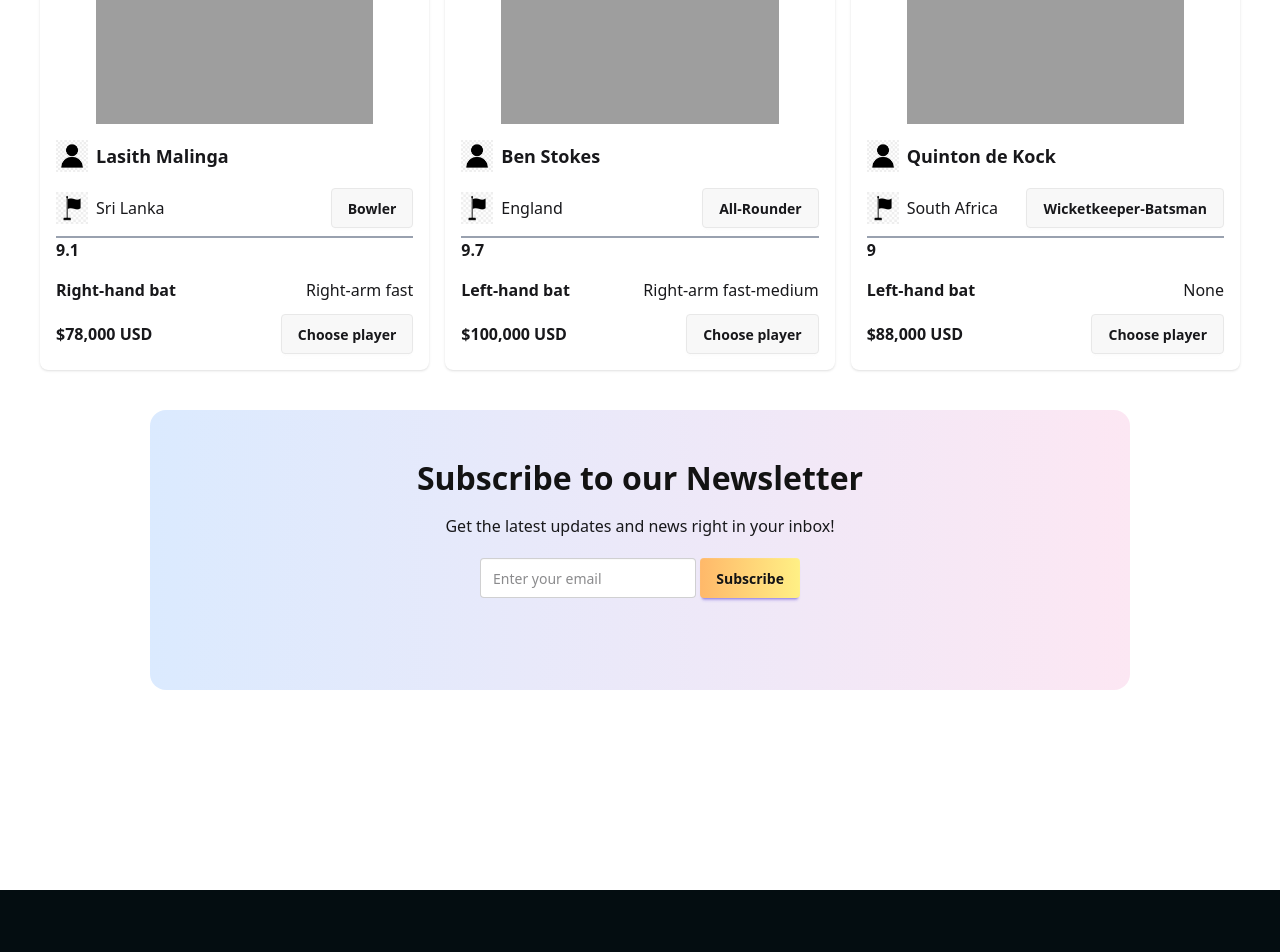
Repository: SanjidaSnigdha/Select-your-eleven
Page: /
An editor plug-in stored every save of this project. The page is shown before and after the next save, followed by the edit.
The browser window is 1280 px wide. The pictures show the part of the page from y = 2707 to 3659 px (the page is 4127 px tall before and 3967 px after).
Pictures or frames that could not be fetched are drawn as grey boxes. The project was rebuilt for these pictures with package versions that can differ from the ones it lists, and the page was loaded fresh each time. Also part of the build but not shown: vite.config.js, src/App.css, src/components/SelectedCard/SelectedCard.jsx, src/components/SelectedPlayers/SelectedPlayers.jsx.

Above is the page before, as saved 2026-03-23 03:02:37.

### index.html
<!doctype html>
<html lang="en" style="color-scheme: light;">
  <head>
    <meta charset="UTF-8" />
    <link rel="icon" type="image/svg+xml" href="/favicon.svg" />
    <meta name="viewport" content="width=device-width, initial-scale=1.0" />
    <title>select-your-eleven</title>
  </head>
  <body>
    <div id="root"></div>
    <script type="module" src="/src/main.jsx"></script>
  </body>
</html>

### src/index.css
 @import "tailwindcss";
 @plugin "daisyui" {
  themes: light --default, dark --prefersdark;
  themes: light --default;
 }

### src/App.jsx

import './App.css'
import { ToastContainer } from 'react-toastify';

import AvailablePlayers from './components/AvailablePlayers/AvailablePlayers'
import SelectedPlayers from './components/SelectedPlayers/SelectedPlayers'
import Navbar from './components/Navbar/Navbar'
import { Suspense, useState } from 'react'
import Banner from './components/Banner/Banner';
import Footer from './components/Footer/Footer';
import NewsLetter from './components/NewsLetter/NewsLetter';

const fetchPlayers = async () =>{
  const res = await fetch("/players.json")
  return res.json()
}
const playersPromise = fetchPlayers()


function App() {
  const [toggle,setToggle] = useState(true)
  const [availableBalance,setAvailableBalance] = useState(600000)
  const [purchasedPlayers,setPurchasedPlayers] = useState([])
  const removePlayer = (p) =>{
    const filteredData = purchasedPlayers.filter(ply=> ply.player_name!==p.player_name)
    console.log(filteredData)
    setPurchasedPlayers(filteredData)
    setAvailableBalance(availableBalance+parseInt(p.price.split("USD").join("").
                split(",").join("")))

  }

  return (
    <>
   <Navbar availableBalance={availableBalance}></Navbar>
   <Banner></Banner>
   <div className='max-w-[1200px] mx-auto flex justify-between items-center'>
    <h1 className='font-bold text-2xl'>{
    toggle===true?"Available players":`Selected players(${purchasedPlayers.length}/6)`}</h1>
    <div className='font-bold'>
      <button onClick={()=>setToggle(true)} className={`py-3 px-4 border-1 border-gray-400 rounded-l-2xl border-r-0 ${toggle===true?"bg-[#E7FE29]":""}`}>Available</button>
      <button onClick={()=>setToggle(false)} className={`py-3 px-4 border-1 border-gray-400 rounded-r-2xl border-l-0 ${toggle===false?"bg-[#E7FE29]":""}`}>Selected <span>({purchasedPlayers.length})</span></button>
    </div>

   </div>

     {
      toggle === true?<Suspense fallback={<span className="loading loading-spinner loading-xl"></span>
}>
    <AvailablePlayers purchasedPlayers={purchasedPlayers} setPurchasedPlayers={setPurchasedPlayers} availableBalance={availableBalance} setAvailableBalance={setAvailableBalance} playersPromise={playersPromise}></AvailablePlayers>
</Suspense>:<SelectedPlayers removePlayer={removePlayer} purchasedPlayers={purchasedPlayers} setToggle={setToggle}></SelectedPlayers>

     }



      <ToastContainer></ToastContainer>
      <div className='relative mt-40'>
        <div className='-mt-30'>
              <NewsLetter></NewsLetter>
              </div>

      </div>
      <Footer></Footer>

    </>
  )
}

export default App

### src/components/AvailablePlayers/AvailablePlayers.jsx
import React, { use } from 'react';

import PlayerCard from '../PlayerCard/PlayerCard';

const AvailablePlayers = ({playersPromise,setAvailableBalance,availableBalance,purchasedPlayers,setPurchasedPlayers}) => {
    const playerData = use(playersPromise)
    return (
        <div className='max-w-[1200px] mx-auto grid grid-cols-1 md:grid-cols-3 gap-4'>

            {
              playerData.map(player=><PlayerCard setPurchasedPlayers={setPurchasedPlayers} purchasedPlayers={purchasedPlayers} availableBalance={availableBalance} setAvailableBalance={setAvailableBalance} player={player}></PlayerCard>


              )
            }

        </div>
    );
};

export default AvailablePlayers;

### src/components/Navbar/Navbar.jsx
import React from 'react';
import navImg from "../../assets/logo.png"
import dollarImg from "../../assets/dollar-1.png"

const Navbar = ({availableBalance}) => {
    return (

         <div className="navbar max-w-[1200px] mx-auto">
          <div className="flex-1">
            <a className="text-xl">
              <img className="w-60px h-50px mt-4" src={navImg} alt="" />
           </a>
          </div>
          <div className='flex justify-between items-center text-gray-500 w-60 h-20 font-semibold mr-30 gap-4'>
            <a>Home</a>
            <a>Fixture</a>
            <a>Teams</a>
            <a>Schedules</a>
          </div>
          <div className="flex items-center gap-1 ml-4">
          <span className='mr-1'>{availableBalance}</span>
          <span className='mr-1'>Coin</span>
          <img className="w-5 h-5" src={dollarImg} alt="" />
         </div>
       </div>
    );

};

export default Navbar;

### src/components/Banner/Banner.jsx
import React from 'react';
import bannerImg from '../../assets/banner-main.png'

const Banner = () => {
    return (
        <div className='max-w-[1200px] mx-auto h-[475px] bg-[#131313]/90 mt-8 mb-10 rounded-3xl relative'>
           <img src={bannerImg} alt="" className='w-2/12 mx-auto p-10'/>
           <div>
            <h1 className='font-bold w-[970px] h-[60px] text-[#FFFFFF] w-2/12 mx-auto text-center mt-2 text-xl'>Assemble Your Ultimate Dream 11 Cricket Team</h1>
            <p className='text-[#FFFFFF]/70 text-center'>Beyond Boundaries Beyond Limits</p>
            <button className='btn border-amber-400 p-1 flex mt-8 rounded-xl font-bold bg-[#E7FE29] w-2/12 mx-auto text-center items-center'>Claim Free Credit</button>
           </div>
        </div>

    );
};

export default Banner;

### src/components/Footer/Footer.jsx
import React from 'react';
import footerImg from "../../assets/logo-footer.png"

const Footer = () => {
    return (
        <footer className="bg-[#040D11] text-base-content p-10 mt-50 w-full h-[530px] relative">
            {/* Footer Image */}
            <div className='flex justify-center mt-30'>
            <img src={footerImg} alt="" className='w-20 h-20 mb-8'/>
            </div>
   <div className='flex flex-col md:flex-row justify-between gap-8'>
    <div>
    <h6 className="font-semibold text-[18px] text-[#FFFFFF]">About us</h6>
    <p className='mt-2 text-[#FFFFFF]/60'>We are a passionate team<br></br>dedicated to providing the best <br></br> services to our customers.</p>

  </div>
  <div className='text-[#FFFFFF]'>
    <h6 className="font-semibold text-[18px]">Quick Links</h6>
    <div className='flex flex-col mt-2 gap-1 text-[#FFFFFF]/60'>
    <a className="link link-hover">. Home</a>
    <a className="link link-hover">. Services</a>
    <a className="link link-hover">. About</a>
    <a className="link link-hover">. Contact</a>
    </div>
  </div>

  <form>
    <h6 className="text-[#FFFFFF] font-semibold text-[18px]">Subscribe</h6>
    <p className='text-[#FFFFFF]/60'>Subscribe to our newsletter for the latest updates.</p>
    <fieldset className="w-80">
      <div className="join mt-2">
        <input
          type="text"
          placeholder="Enter your email"
          className="input input-bordered join-item" />
        <button className="btn btn-primary join-item">Subscribe</button>
      </div>
    </fieldset>
  </form>

  </div>
  <div className='text-center'>
     <p className='text-[#FFFFFF]/60 mt-8'>@2024 Your Company All Rights Reserved.</p>
</div>
</footer>
    );
};

export default Footer;

### src/components/NewsLetter/NewsLetter.jsx
import React from 'react';

const NewsLetter = () => {
    return (
        <div className='w-[980px] h-[280px] rounded-2xl bg-gradient-to-r from-blue-100 via-white-100 to-pink-100 -mt-30 mx-auto items-center text-center p-8'>
            <h1 className='font-bold text-[32px] text-[#131313] mt-3'>Subscribe to our Newsletter</h1>
            <p className='bg-[#131313]70 mt-3'>Get the latest updates and news right in your inbox!</p>
             <form>
    <fieldset className="w-80 mx-auto mt-3">
      <div className="gap-1 mt-2 flex">
        <input
          type="text"
          placeholder="Enter your email"
          className="input" />
        <button className="btn btn-primary bg-gradient-to-l border-none from bg-yellow-200 to-orange-300 text-[#131313] font-bold">Subscribe</button>
      </div>
    </fieldset>
  </form>

        </div>
    );
};

export default NewsLetter;

### src/components/PlayerCard/PlayerCard.jsx
import React, { useState } from 'react';
import userImg from "../../assets/man.png"
import flagImg from "../../assets/flag.jpg"
import { toast } from 'react-toastify';

const PlayerCard = ({player,setAvailableBalance,availableBalance,purchasedPlayers,setPurchasedPlayers}) => {
    const [isSelected,setIsSelected] = useState(false)

    const handleSelected = (playerData) =>{
        const playerPrice = parseInt(playerData.price.split("USD").join("").
                split(",").join(""))
                if(availableBalance<playerPrice){
                    toast("Not enough coins!!")
                    return
                }
                if(purchasedPlayers.length===6){
                    toast("6 players already selected")
                    return
                }

         setIsSelected(true)
                setAvailableBalance(availableBalance - playerPrice);
                setPurchasedPlayers([...purchasedPlayers,playerData])


    };
    return (
                        <div className="card bg-base-100 shadow-sm p-4">
         <figure className="px-10 pt-10">
           <img
             src={player.player_image}
             alt="Shoes"
             className='w-full h-[280px] object-cover'
              />
         </figure>
         <div className="mt-4">
           <div className='flex'>
               <img className='w-8 h-8' src={userImg} alt="" /><h2 className='card-title ml-2'>{player.player_name}</h2>
           </div>
           <div className='flex justify-between mt-4 border-b-2 border-gray-400 pb-2'>
       <div className='flex items-center'>
           <img className='w-8 h-8' src={flagImg} alt="" />
           <span className='ml-2'>{player.player_country}</span>
           </div>
           <button className='btn'>{player.playing_role}</button>
           </div>
       <div className='flex justify-between font-bold'>
           <span>{player.rating}</span>

       </div>
       <div className='flex justify-between mt-4'>
           <span className='font-bold'>{player.bating_style}</span>
           <span>{player.bowling_style}</span>
       </div>

           <div className="card-actions mt-3 flex justify-between items-center">
               <p className='font-bold'>${player.price}</p>
             <button disabled={isSelected} onClick={()=>{handleSelected(player)

             }} className="btn">{isSelected===true?"Selected":"Choose player"}</button>
           </div>
         </div>
       </div>
    );
};

export default PlayerCard;

### public/players.json
[
  {
    "player_image": "https://i.ibb.co.com/CKt7DdsZ/shakib-al-hasan-smiling-8olow941lckcha6b.jpg",
    "player_name": "Shakib Al Hasan",
    "player_country": "Bangladesh",
    "playing_role": "All-Rounder",
    "rating": 9.5,
    "bating_style": "Left-hand bat",
    "bowling_style": "Slow left-arm orthodox",
    "price": "75,000 USD"
  },
  {
    "player_image": "https://i.ibb.co.com/WWKnGkNs/Faf-du-Plessis.jpg",
    "player_name": "Faf du Plessis",
    "player_country": "South Africa",
    "playing_role": "Batsman",
    "rating": 9.0,
    "bating_style": "Right-hand bat",
    "bowling_style": "Right-arm medium",
    "price": "70,000 USD"
  },
  {
    "player_image": "https://i.ibb.co.com/XZxnnz3F/Rashid-Khan.jpg",
    "player_name": "Rashid Khan",
    "player_country": "Afghanistan",
    "playing_role": "Bowler",
    "rating": 9.8,
    "bating_style": "Right-hand bat",
    "bowling_style": "Right-arm leg spin",
    "price": "85,000 USD"
  },
  {
    "player_image": "https://i.ibb.co.com/4w5xgSNn/liton-das.jpg",
    "player_name": "Liton Das",
    "player_country": "Bangladesh",
    "playing_role": "Wicketkeeper-Batsman",
    "rating": 8.7,
    "bating_style": "Right-hand bat",
    "bowling_style": "None",
    "price": "60,000 USD"
  },
  {
    "player_image": "https://i.ibb.co.com/391gsfv8/Andre-Russell.jpg",
    "player_name": "Andre Russell",
    "player_country": "West Indies",
    "playing_role": "All-Rounder",
    "rating": 9.6,
    "bating_style": "Right-hand bat",
    "bowling_style": "Right-arm fast",
    "price": "90,000 USD"
  },
  {
    "player_image": "https://i.ibb.co.com/67D8FvCn/Mustafizur-Rahman.webp",
    "player_name": "Mustafizur Rahman",
    "player_country": "Bangladesh",
    "playing_role": "Bowler",
    "rating": 8.9,
    "bating_style": "Left-hand bat",
    "bowling_style": "Left-arm fast-medium",
    "price": "65,000 USD"
  },
  {
    "player_image": "https://i.ibb.co.com/h1wRWkVC/David-Warner.jpg",
    "player_name": "David Warner",
    "player_country": "Australia",
    "playing_role": "Batsman",
    "rating": 9.4,
    "bating_style": "Left-hand bat",
    "bowling_style": "Right-arm leg spin",
    "price": "95,000 USD"
  },
  {
    "player_image": "https://i.ibb.co.com/0VsmTGGY/Sunil-Narine.jpg",
    "player_name": "Sunil Narine",
    "player_country": "West Indies",
    "playing_role": "All-Rounder",
    "rating": 9.2,
    "bating_style": "Left-hand bat",
    "bowling_style": "Right-arm off spin",
    "price": "80,000 USD"
  },
  {
    "player_image": "https://i.ibb.co.com/HpkRbDz3/Babar.png",
    "player_name": "Babar Azam",
    "player_country": "Pakistan",
    "playing_role": "Batsman",
    "rating": 9.3,
    "bating_style": "Right-hand bat",
    "bowling_style": "None",
    "price": "92,000 USD"
  },
  {
    "player_image": "https://i.ibb.co.com/dsk08w2x/Lasith-Malinga1.jpg",
    "player_name": "Lasith Malinga",
    "player_country": "Sri Lanka",
    "playing_role": "Bowler",
    "rating": 9.1,
    "bating_style": "Right-hand bat",
    "bowling_style": "Right-arm fast",
    "price": "78,000 USD"
  },
  {
    "player_image": "https://i.ibb.co.com/s9vHr4tS/Ben-Stokes.png",
    "player_name": "Ben Stokes",
    "player_country": "England",
    "playing_role": "All-Rounder",
    "rating": 9.7,
    "bating_style": "Left-hand bat",
    "bowling_style": "Right-arm fast-medium",
    "price": "100,000 USD"
  },
  {
    "player_image": "https://i.ibb.co.com/gFhPmT1c/Quinton-de-Kock1.jpg",
    "player_name": "Quinton de Kock",
    "player_country": "South Africa",
    "playing_role": "Wicketkeeper-Batsman",
    "rating": 9.0,
    "bating_style": "Left-hand bat",
    "bowling_style": "None",
    "price": "88,000 USD"
  }
]

Loaded but not shown: src/main.jsx (common file)

After the next save:
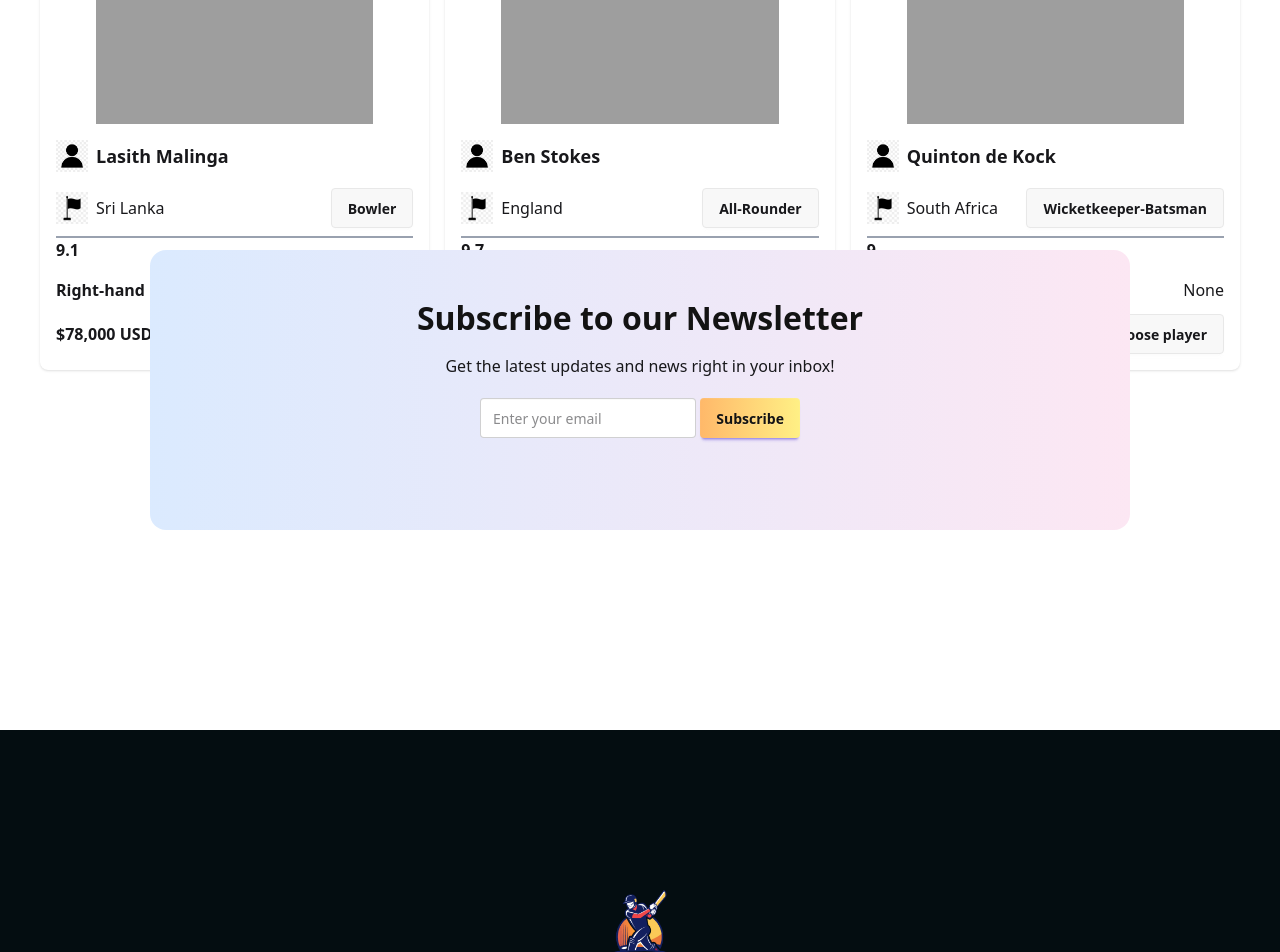
Saved 3 min 54 s later.
--- a/src/App.jsx
+++ b/src/App.jsx
@@ -55,13 +55,13 @@
 
 
       <ToastContainer></ToastContainer>
-      <div className='relative mt-40'>
-        <div className='-mt-30'>
+      <div className='relative'>
+        <div className='-mt-30 z-10'>
               <NewsLetter></NewsLetter>
               </div>
 
+      <Footer></Footer>
       </div>
-      <Footer></Footer>
 
     </>
   )
